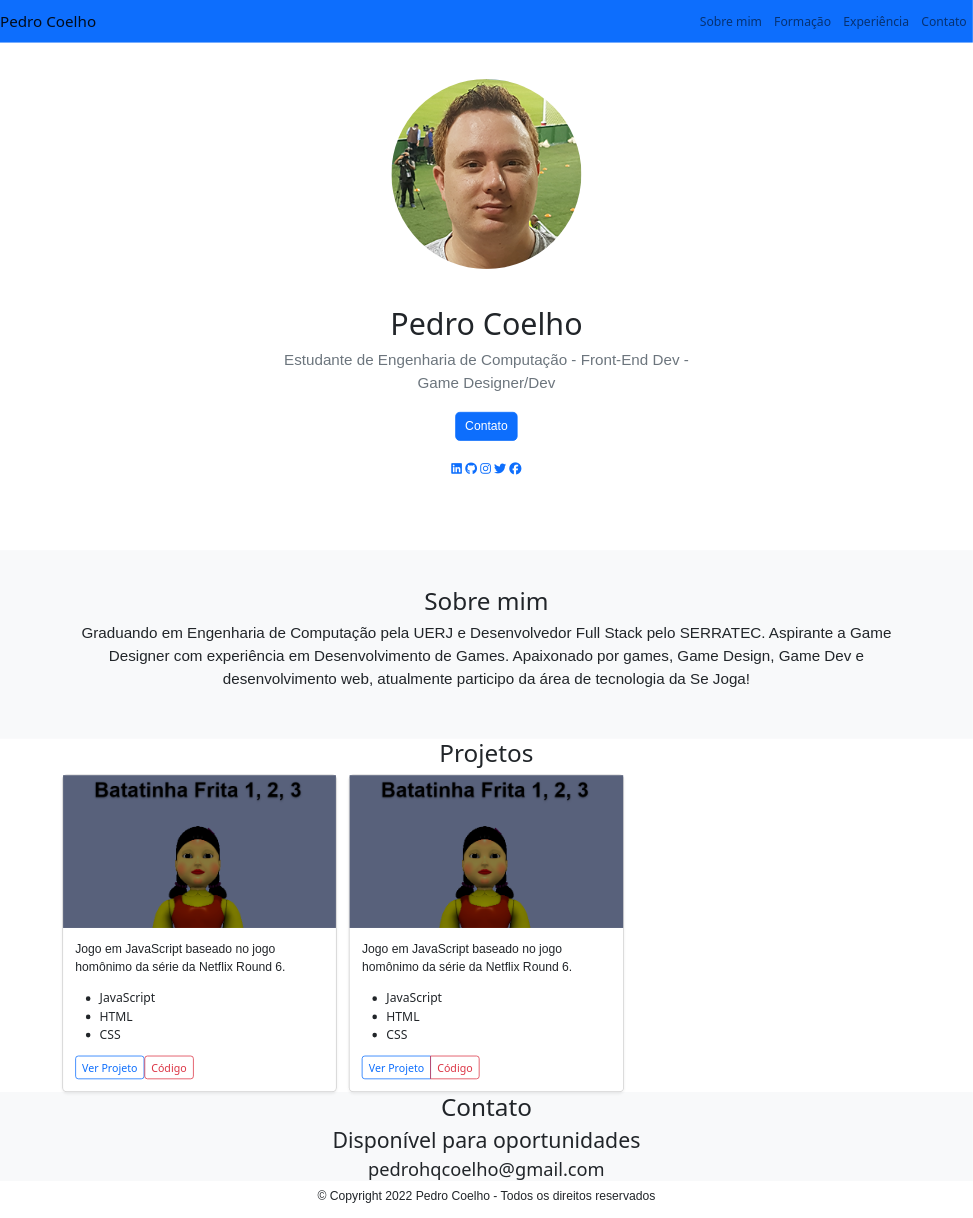
Repository: PedroHQCoelho/portfolio
Page: index.html
An editor plug-in stored every save of this project. The page is shown before and after the next save, followed by the edit.
The browser window is 1280 px wide. The pictures show the whole page, at 76% of full size.
Some web libraries are served in a nearby version.

Above is the page before, as saved 2022-05-26 18:45:28.

### index.html
<!DOCTYPE html>
<html lang="pt-BR">
<head>
    <meta charset="UTF-8">
    <meta http-equiv="X-UA-Compatible" content="IE=edge">
    <meta name="viewport" content="width=device-width, initial-scale=1.0">
    <title>Pedro Coelho - Portfólio</title>
    <link href="https://cdn.jsdelivr.net/npm/bootstrap@5.2.0-beta1/dist/css/bootstrap.min.css" rel="stylesheet" integrity="sha384-0evHe/X+R7YkIZDRvuzKMRqM+OrBnVFBL6DOitfPri4tjfHxaWutUpFmBp4vmVor" crossorigin="anonymous">
    <script src="https://cdn.jsdelivr.net/npm/bootstrap@5.2.0-beta1/dist/js/bootstrap.bundle.min.js" integrity="sha384-pprn3073KE6tl6bjs2QrFaJGz5/SUsLqktiwsUTF55Jfv3qYSDhgCecCxMW52nD2" crossorigin="anonymous"></script>
    <script src="https://cdn.jsdelivr.net/npm/@popperjs/core@2.11.5/dist/umd/popper.min.js" integrity="sha384-Xe+8cL9oJa6tN/veChSP7q+mnSPaj5Bcu9mPX5F5xIGE0DVittaqT5lorf0EI7Vk" crossorigin="anonymous"></script>
    <script src="https://cdn.jsdelivr.net/npm/bootstrap@5.2.0-beta1/dist/js/bootstrap.min.js" integrity="sha384-kjU+l4N0Yf4ZOJErLsIcvOU2qSb74wXpOhqTvwVx3OElZRweTnQ6d31fXEoRD1Jy" crossorigin="anonymous"></script>
    <script src="https://kit.fontawesome.com/65e0a77774.js" crossorigin="anonymous"></script>
    <link rel="stylesheet" href="style.css">
</head>
<body>
    <nav class="navbar navbar-expand-lg navbar-light bg-primary">
        <a class="navbar-brand" href="#">Pedro Coelho</a>
        <button class="navbar-toggler" type="button" data-toggle="collapse" data-target="#navbarSupportedContent" aria-controls="navbarSupportedContent" aria-expanded="false" aria-label="Toggle navigation">
          <span class="navbar-toggler-icon"></span>
        </button>

        <div class="collapse navbar-collapse" id="navbarSupportedContent">
          <ul class="navbar-nav me-auto">

          </ul>
          <ul class="navbar-nav">
            <li class="nav-item">
                <a class="nav-link" href="#">Sobre mim</a>
            </li>
            <li class="nav-item">
                <a class="nav-link" href="#">Formação</a>
            </li>
            <li class="nav-item">
                <a class="nav-link" href="#">Experiência</a>
            </li>
            <li class="nav-item">
                <a class="nav-link" href="#">Contato</a>
            </li>
          </ul>
        </div>
    </nav>

    <section class="py-5 text-center container">
        <img class="foto-perfil" src="img/foto-rosto.png" alt="foto perfil">
        <div class="row py-lg-5">
            <div class="col-lg-6 col-md-8 mx-auto">
            <h1 class="fw-light">Pedro Coelho</h1>
            <p class="lead text-muted">Estudante de Engenharia de Computação - Front-End Dev - Game Designer/Dev</p>
            <p>
              <a href="#" class="btn btn-primary my-2">Contato</a>
            </p>
            <a href="https://www.linkedin.com/in/pedrohqcoelho/" target="_blank" title="Linkedin - Pedro Coelho"><i class="fab fa-linkedin"></i></a>
            <a href="https://github.com/PedroHQCoelho" target="_blank" title="Github - PedroHQCoelho"><i class="fab fa-github"></i></a>
            <a href="https://www.instagram.com/pedro.hq.coelho/" target="_blank" title="Instagram - @pedro.hq.coelho"><i class="fab fa-instagram"></i></a>
            <a href="https://twitter.com/pedrohqcoelho" target="_blank" title="Twitter - @pedrohqcoelho"><i class="fab fa-twitter"></i></a>
            <a href="https://www.facebook.com/pedrohqcoelho" target="_blank" title="Facebook - Pedro Coelho"><i class="fab fa-facebook"></i></a>
          </div>
        </div>
    </section>

    <div class="album py-5 bg-light">

        <!--Sobre mim-->

        <section class="jumbotron text-center">
          <div class="container">
            <h2 class="jumbotron heading">Sobre mim</h2>
            <p class="lead">
              Graduando em Engenharia de Computação pela UERJ e Desenvolvedor Full Stack pelo SERRATEC.
              Aspirante a Game Designer com experiência em Desenvolvimento de Games.
              Apaixonado por games, Game Design, Game Dev e desenvolvimento web, atualmente participo da área de tecnologia da Se Joga!
            </p>
          </div>
        </section>
      </div>

        <!--Projetos-->

        <div class="container">
          <h2 class="jumbotron heading text-center">Projetos</h2>
          <div class="row row-cols-1 row-cols-sm-2 row-cols-md-3 g-3">
            <div class="col">
              <div class="card shadow-sm">
                <img src="img/batatinhafrita123.png" alt="">
                <div class="card-body">
                  <p class="card-text">Jogo em JavaScript baseado no jogo homônimo da série da Netflix Round 6.</p>
                  <ul>
                    <li>JavaScript</li>
                    <li>HTML</li>
                    <li>CSS</li>
                  </ul>
                  <div class="d-flex justify-content-between align-items-center">
                    <div class="btn-group">
                      <a href="https://batatinha-frita-1-2-3.netlify.app/" target="_blank" rel="noopener noreferrer">
                        <button type="button" class="btn btn-sm btn-outline-primary">Ver Projeto</button>
                      </a>
                      <a href="https://github.com/PedroHQCoelho/batatinha-frita-1-2-3" target="_blank" rel="noopener noreferrer">
                        <button type="button" class="btn btn-sm btn-outline-danger">Código</button>
                      </a>
                    </div>
                  </div>
                </div>
              </div>
            </div>
            <div class="col">
              <div class="card shadow-sm">
                <img src="img/batatinhafrita123.png" alt="">
                <div class="card-body">
                  <p class="card-text">Jogo em JavaScript baseado no jogo homônimo da série da Netflix Round 6.</p>
                  <ul>
                    <li>JavaScript</li>
                    <li>HTML</li>
                    <li>CSS</li>
                  </ul>
                  <div class="d-flex justify-content-between align-items-center">
                    <div class="btn-group">
                      <button type="button" class="btn btn-sm btn-outline-primary">Ver Projeto</button>
                      <button type="button" class="btn btn-sm btn-outline-danger">Código</button>
                    </div>
                  </div>
                </div>
              </div>
            </div>
          </div>
        </div>

        <!--Contato-->
        <section>
          <div class="container-fluid bg-light">
            <h2 class="jumbotron heading text-center">Contato</h2>
            <h3 class="text-center">Disponível para oportunidades</h3>
            <h4 class="text-center">pedrohqcoelho@gmail.com</h4>
          </div>
        </section>

        <!--Footer-->
        <footer class="text-center">
          <p>© Copyright 2022 Pedro Coelho - Todos os direitos reservados</p>
        </footer>
</body>
</html>

### style.css
.foto-perfil {
    height: 100%;
    width: auto;
    max-width: 100%;
    border-radius: 50%;
}

p {
    font-family:Arial, Helvetica, sans-serif;
}

After the next save:
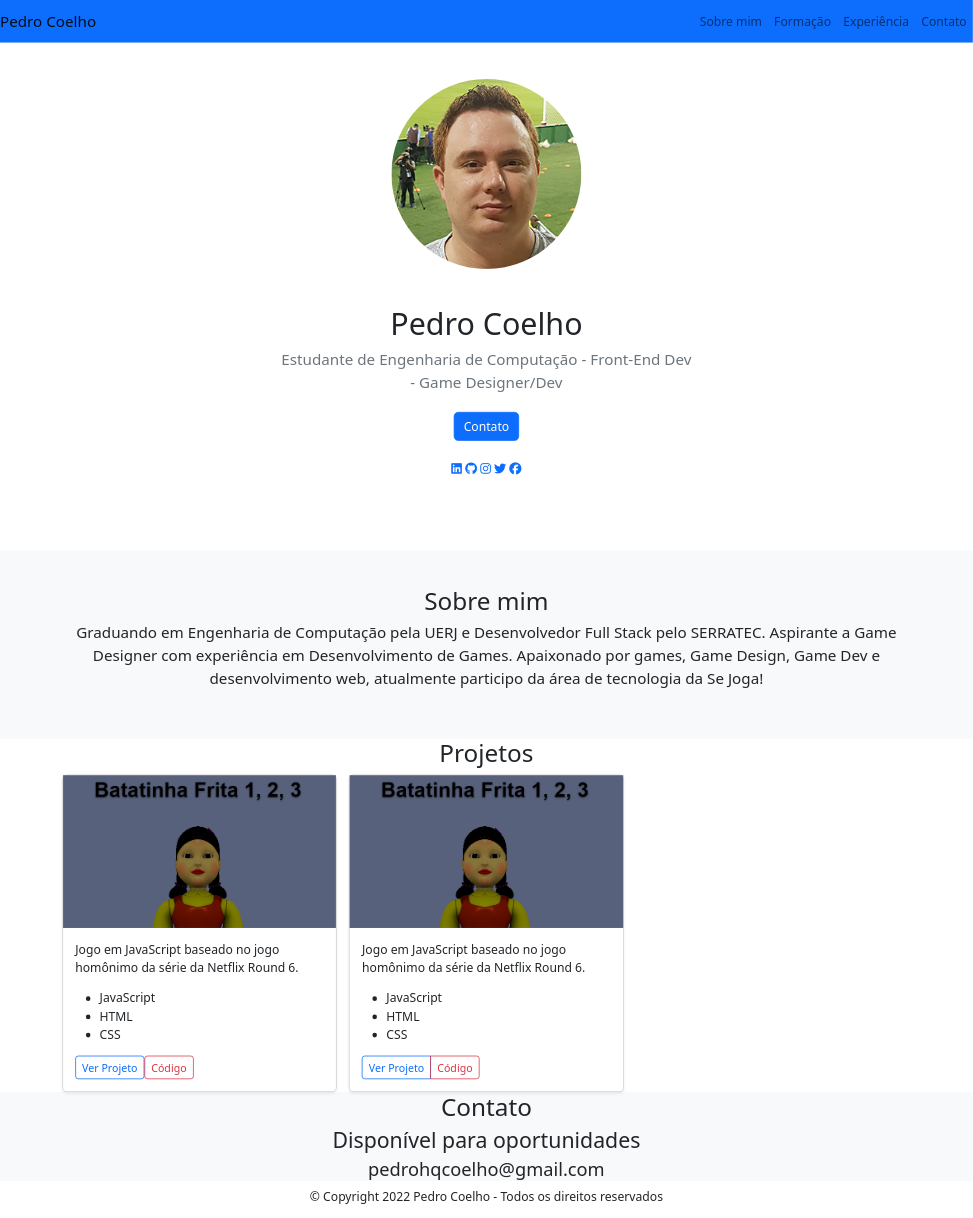
Saved 4 s later.
--- a/style.css
+++ b/style.css
@@ -6,5 +6,5 @@
 }
 
 p {
-    font-family:Arial, Helvetica, sans-serif;
+
 }

After the save that followed:
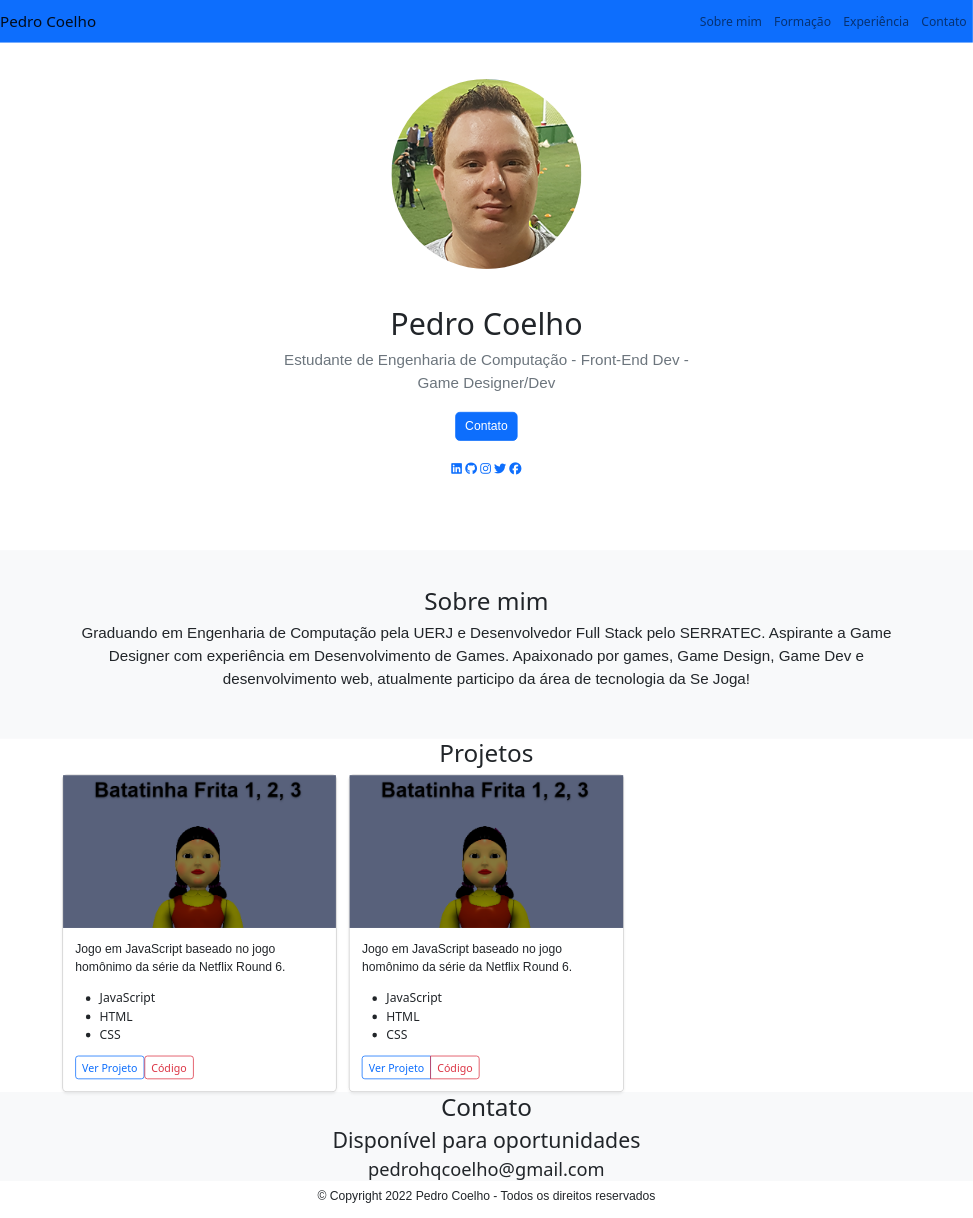
Saved 6 s later.
--- a/style.css
+++ b/style.css
@@ -6,5 +6,5 @@
 }
 
 p {
-
+    font-family:Arial, Helvetica, sans-serif;
 }
